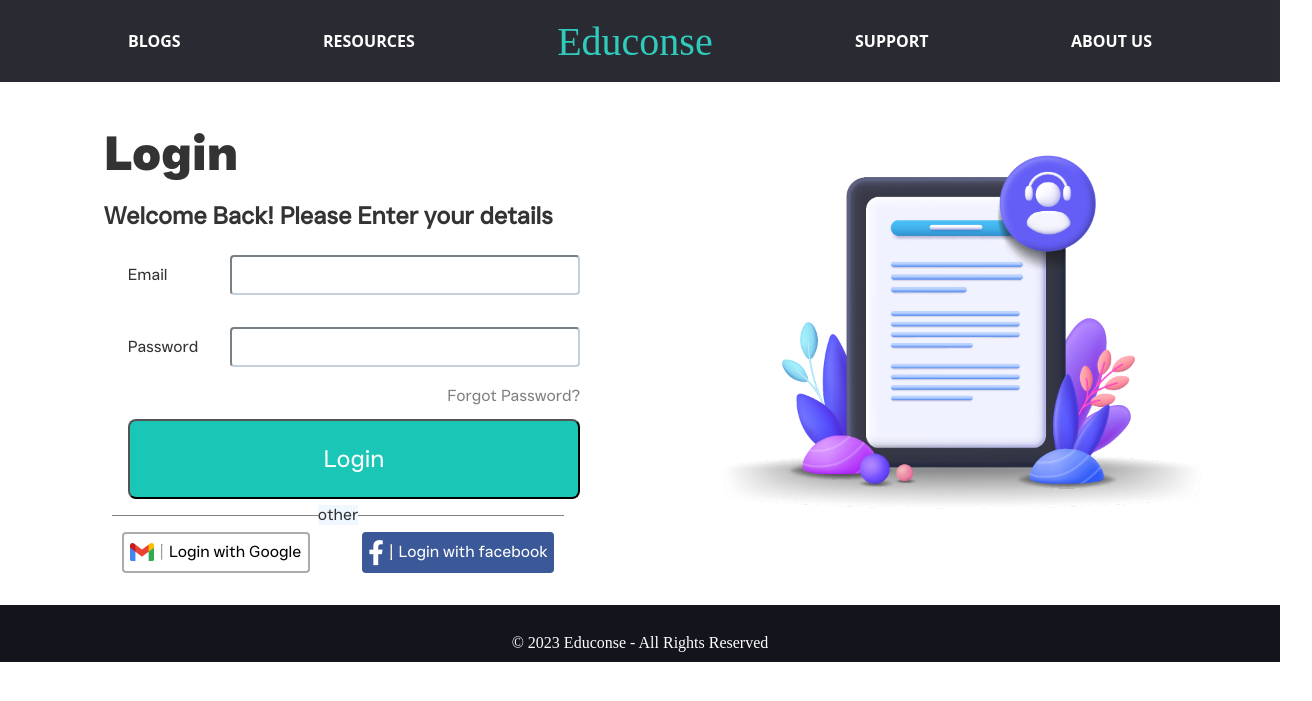
Repository: devajay07/educonse
Page: pages/login.html
An editor plug-in stored every save of this project. The page is shown before and after a run of saves, followed by the edit.
The browser window is 1280 px wide. The page is 1312 px wide, so the pictures cover 1312 px, including what lies to the right of the window. The pictures show the whole page.

Above is the page before, as saved 2023-10-15 03:27:27.

After the next 2 saves:
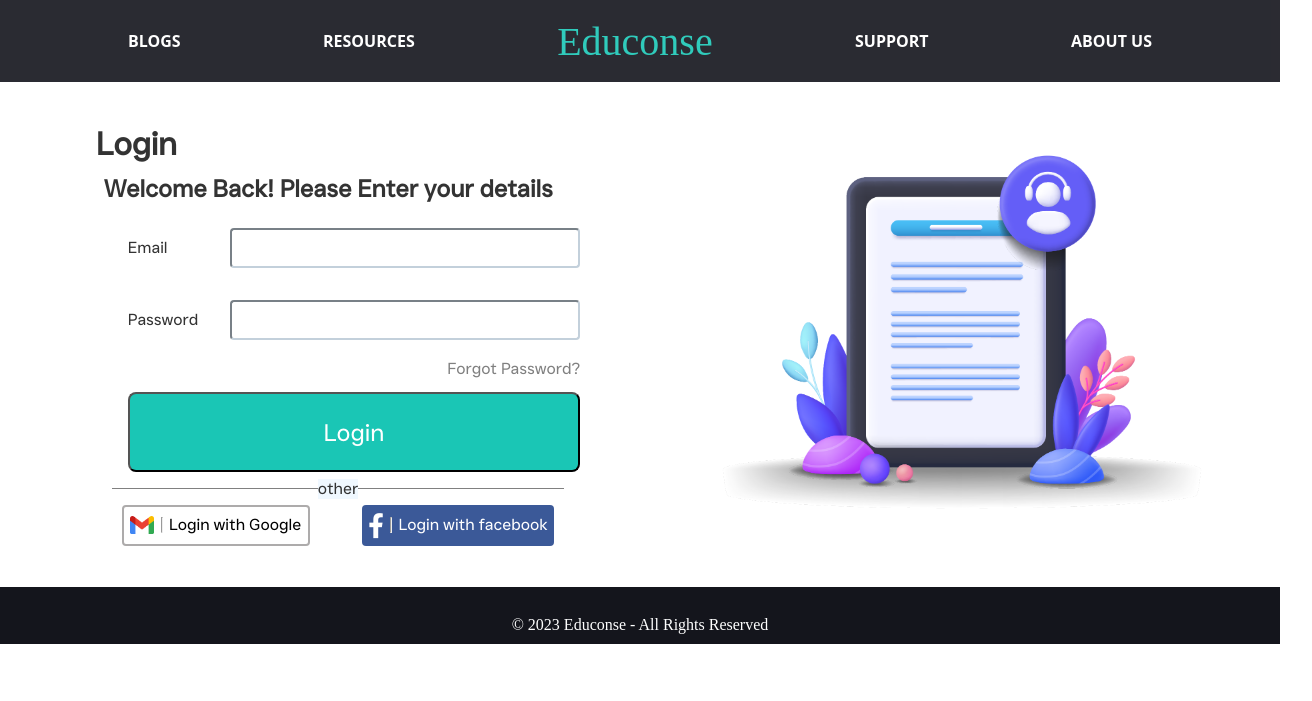
The 2 saves are shown as one change because they came seconds apart.
The last was saved 49 s later.
--- a/css/login.css
+++ b/css/login.css
@@ -65,6 +65,7 @@
   border-radius: 8px;
 
 }
+#submit:ho
 
 .heading {
   font-family: var(--brand-bold);

After the 4 saves that followed:
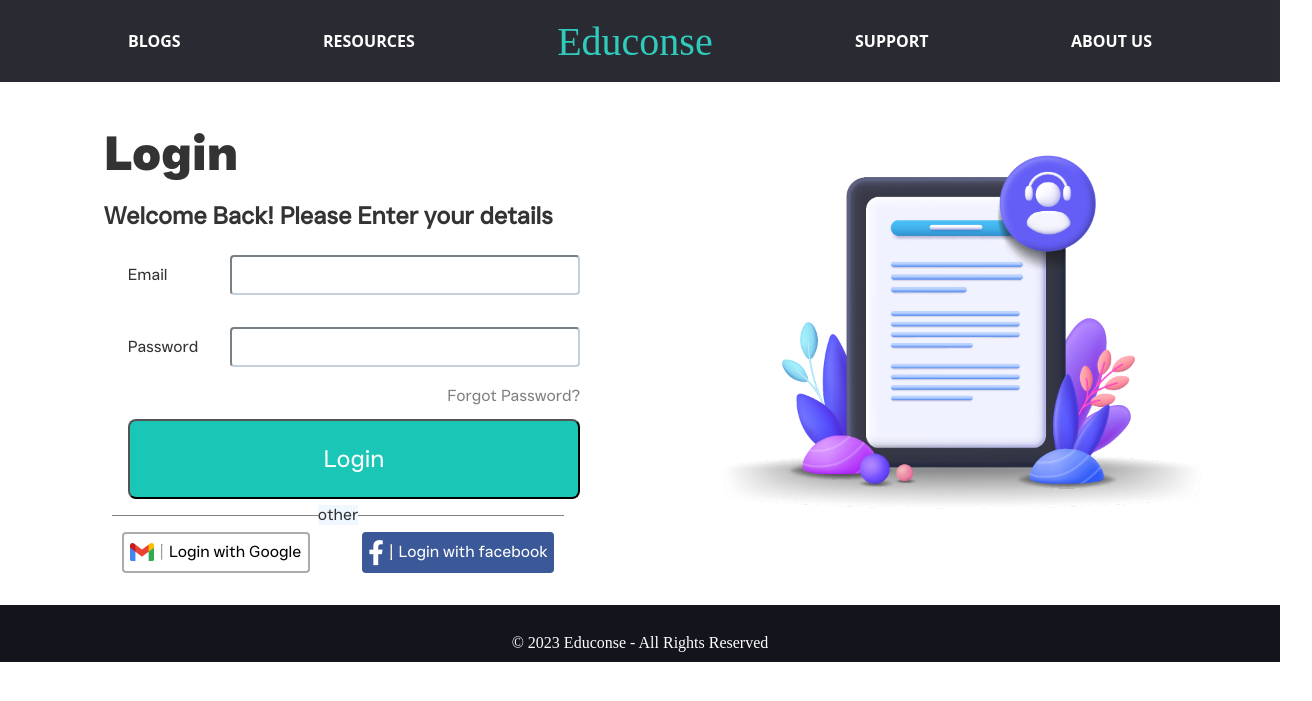
The 4 saves are shown as one change because they came seconds apart.
The last was saved 9 s later.
--- a/css/login.css
+++ b/css/login.css
@@ -65,7 +65,9 @@
   border-radius: 8px;
 
 }
-#submit:ho
+#submit:hover{
+  background-color: #3b5998;
+}
 
 .heading {
   font-family: var(--brand-bold);
